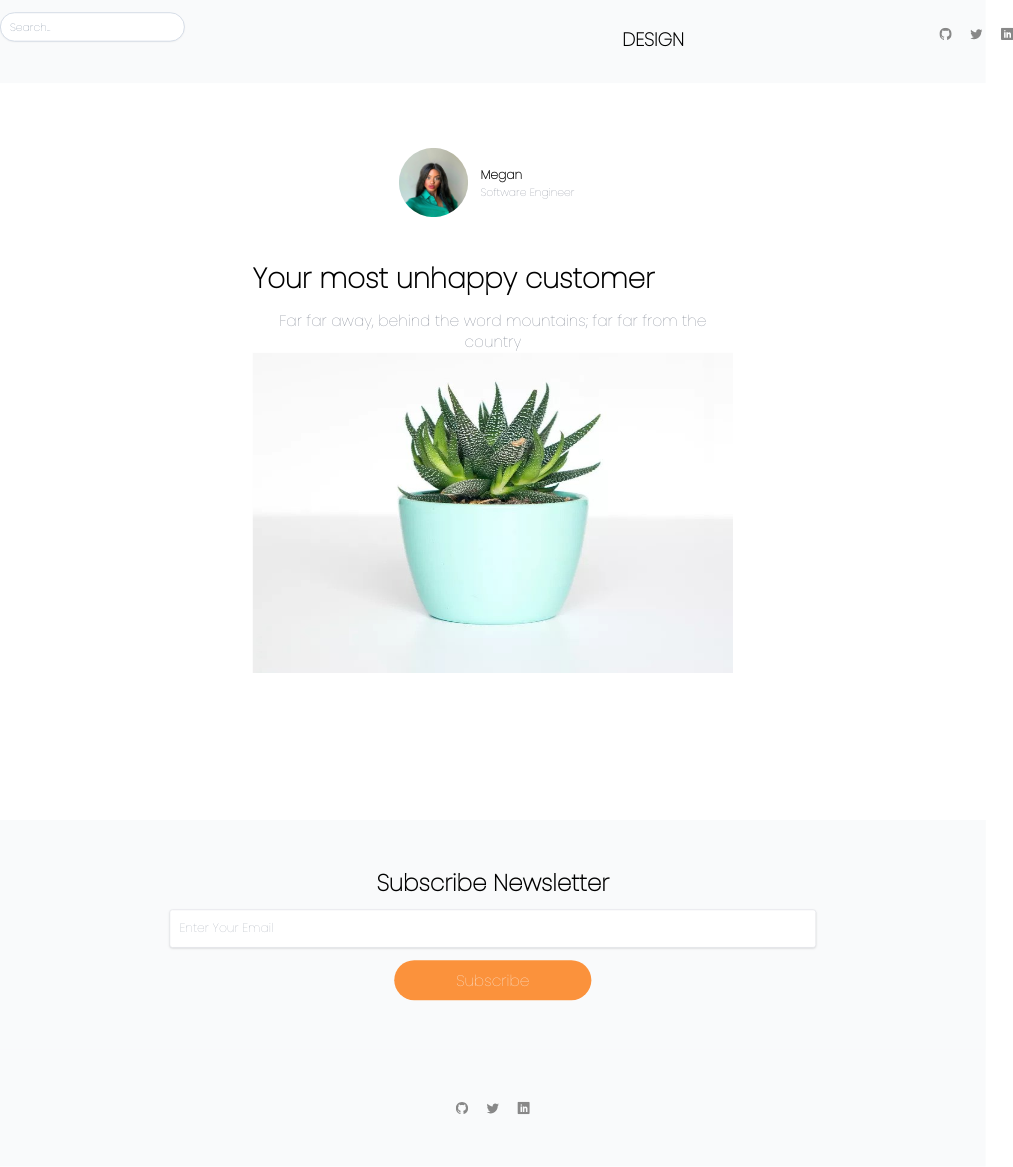
Repository: Megan74/blog5
Page: /posts/[pa
An editor plug-in stored every save of this project. The page is shown before and after a run of saves, followed by the edit.
The browser window is 1280 px wide. The page is 1316 px wide, so the pictures cover 1316 px, including what lies to the right of the window. The pictures show the whole page, at 77% of full size.
The project was rebuilt for these pictures with package versions that can differ from the ones it lists, and the page was loaded fresh each time. The framework's server and built-in components were replaced by stand-ins that run in the browser. Also part of the build but not shown: next.config.js, lib/fetcher.js, components/_child/spinner.js, components/_child/error.js, components/_child/related.js.

Above is the page before, as saved 2022-07-03 17:30:34.

After the next 2 saves:
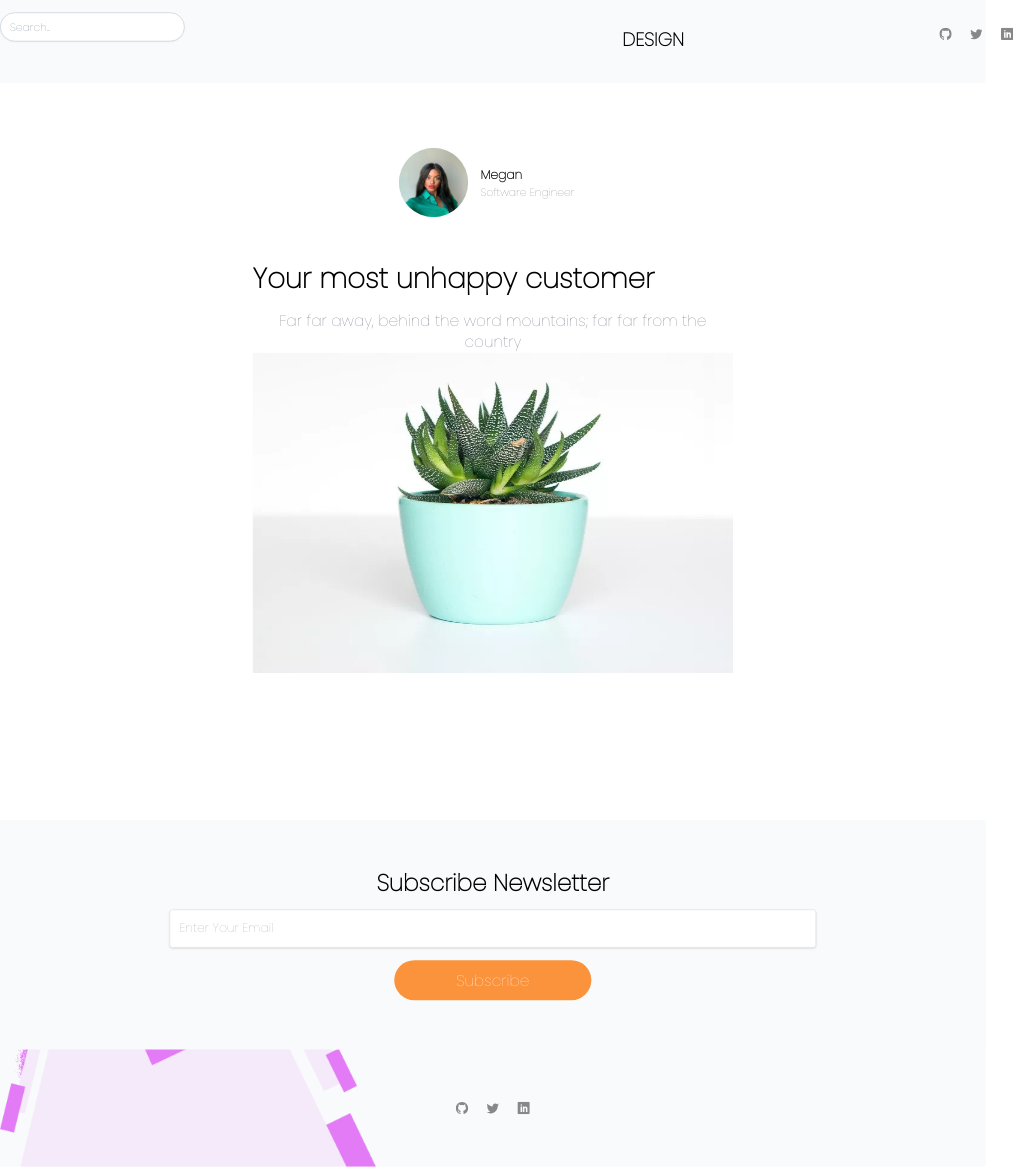
The 2 saves are shown as one change because 1 did not build or start.
The last was saved 3 min 7 s later.
--- a/components/footer.js
+++ b/components/footer.js
@@ -13,7 +13,7 @@ export default function footer(){
   }
 
     return(
- <footer className="bg-gray-50 style={bg}">
+ <footer className="bg-gray-50" style={bg}>
       <Newsletter></Newsletter>
 
     <div className="container mx-auto flex justify-center py-12">
